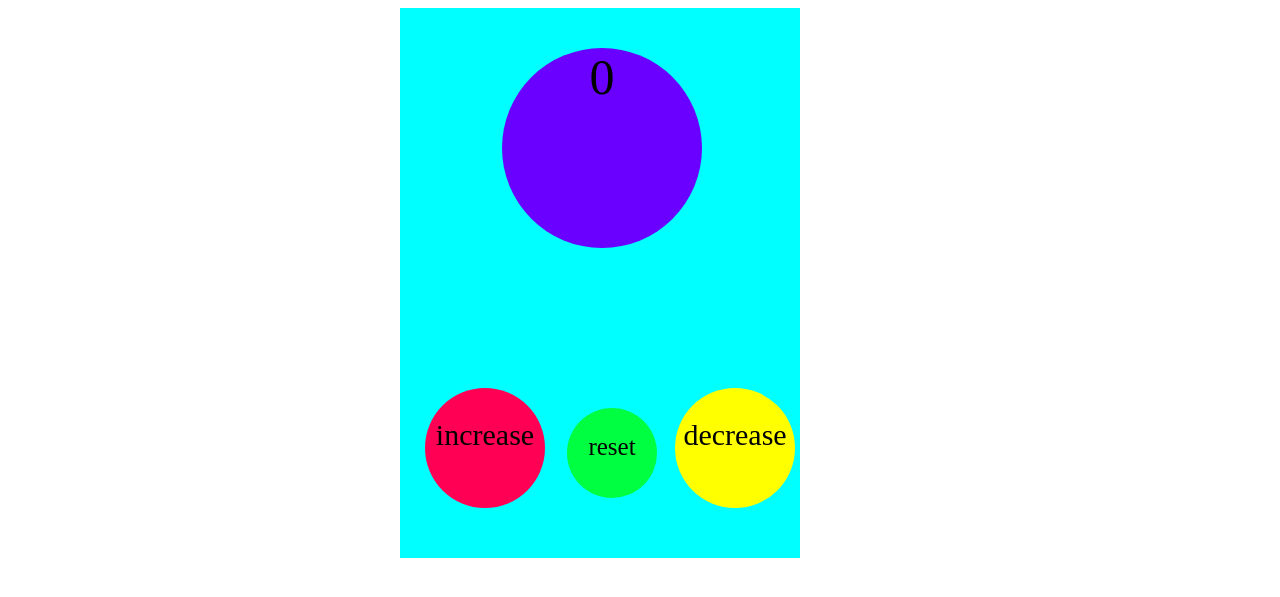
Repository: sara55m/Counter_App
Page: index.html
These files come from the project's save history. The page is drawn as it stood at one moment and after the next save; the edit follows.
The browser window is 1280 px wide. The pictures show the whole page.

Above is the page before, as saved 2024-07-30 03:41:52.

### index.html
<!DOCTYPE html>
<html lang="en">
<head>
    <meta charset="UTF-8">
    <meta name="viewport" content="width=device-width, initial-scale=1.0">
    <title>Document</title>
    <link rel="stylesheet" href="css/style.css">
</head>
<body>
    <div class="container">
        <div class="main" id="main"></div>
        <div class="increase" id="increase" onclick="increase()"><p class="first">increase</p></div>
        <div class="decrease" id="decrease" onclick="decrease()"><p class="second">decrease</p></div>
        <div class="reset" onclick="reset_1()"><p class="third">reset</p></div>
    </div>
    <script src="js/script.js"></script>
</body>
</html>

### css/style.css
.container{
    position: absolute;
    left:400px;
    height:550px;
    width:400px;
    background-color: aqua;
}

.main{
    position:absolute;
    top:40px;
    left:102px;
    height:200px;
    width:200px;
    border-radius: 50%;
    background-color: rgb(106, 0, 255);
    text-align: center;
    font-size: 50px;
}

.increase{
    position:absolute;
    top:380px;
    left:25px;
    height:120px;
    width:120px;
    border-radius: 50%;
    background-color: rgb(255, 0, 85);
    text-align: center;
    font-size: 50px;
}
p.first,p.second{
    font-size: 30px;;
}

.decrease{
    position:absolute;
    top:380px;
    left:275px;
    height:120px;
    width:120px;
    border-radius: 50%;
    background-color:yellow;
    text-align: center;
    font-size: 50px;
}

.reset{
    position:absolute;
    top:400px;
    left:167px;
    height:90px;
    width:90px;
    border-radius: 50%;
    background-color: rgb(0, 255, 64);
    text-align: center;
    font-size: 50px;
}

p.third{
    font-size: 25px;;
}

### js/script.js
let count=0;
document.getElementById("main").innerHTML=count;
function increase(){
    count+=1;
    document.getElementById("main").innerHTML=count;
}


function decrease(){
    count-=1;
    document.getElementById("main").innerHTML=count;

}

function reset_1(){
    let count=0;
    let x=document.getElementById("main").innerHTML=count;

}

After the next save:
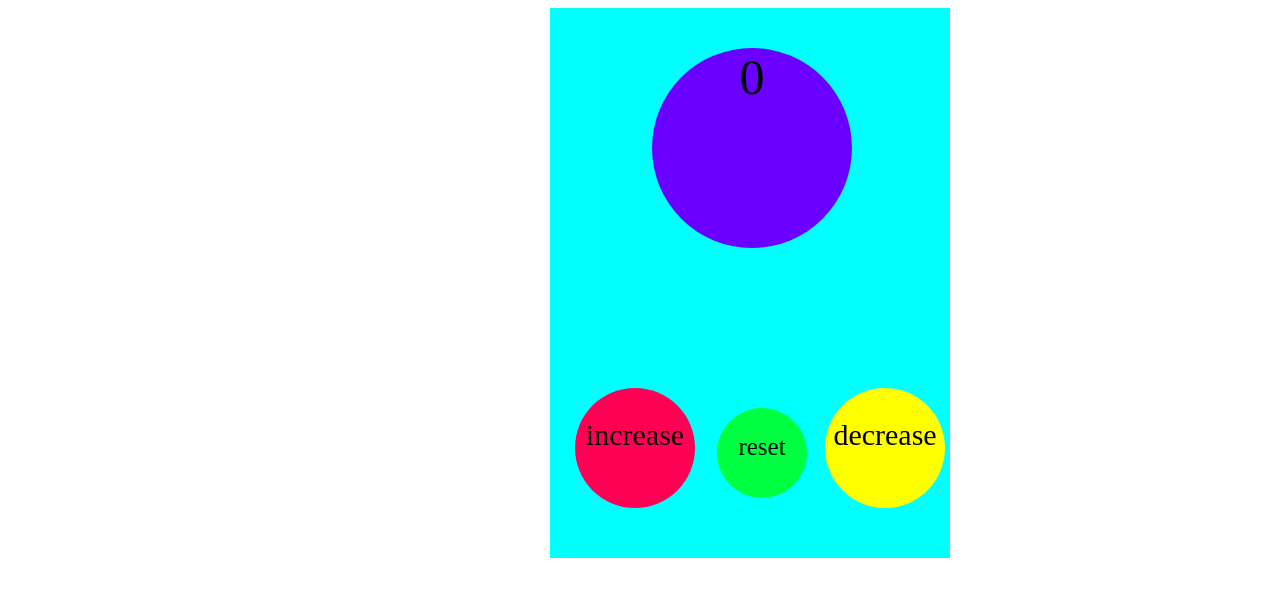
Saved 36 s later.
--- a/css/style.css
+++ b/css/style.css
@@ -1,6 +1,6 @@
 .container{
     position: absolute;
-    left:400px;
+    left:550px;
     height:550px;
     width:400px;
     background-color: aqua;
